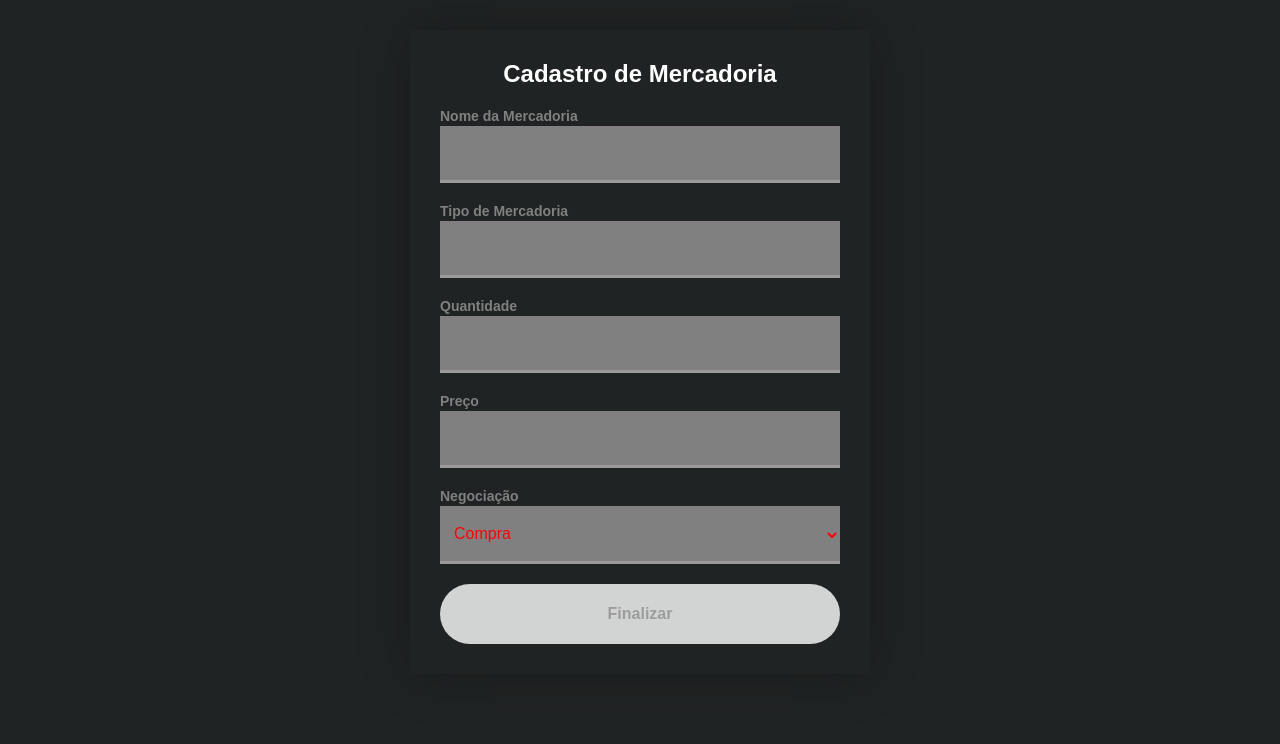
Repository: felipedischer/valemobi
Page: http://localhost/Valemobi/
The author's editor kept a copy of each file at every save. The page is drawn from the files as they stood at one save, then again after the next save.
The browser window is 1280 px wide. The pictures show the whole page.
The page is served by Tomcat 9. Other server files are loaded and not shown.

Above is the page before, as saved 2016-09-28 04:14:07.

### Valemobi/WebContent/index.jsp
<%@ page language="java" contentType="text/html; charset=ISO-8859-1"
    pageEncoding="ISO-8859-1"%>
<!DOCTYPE html PUBLIC "-//W3C//DTD HTML 4.01 Transitional//EN" "http://www.w3.org/TR/html4/loose.dtd">
<html>
<head>
<meta http-equiv="Content-Type" content="text/html; charset=ISO-8859-1">

<link rel="stylesheet" type="text/css" href="estilo/css/estilo.css">

<title>Plataforma de Negociação</title>

</head>
<body>

<main id="conteudo">
		<div class="container">
			<form action="contatoservlet" method="post">
				<h2>Cadastro de Mercadoria</h2>


				<div class="grupo">
					<label for="campo1">Nome da Mercadoria</label>
					<input type="text" id="campo1" name="nome">
				</div>

				<div class="grupo">
					<label for="campo2">Tipo de Mercadoria</label>
					<input type="text" id="campo2" name="tipo">
				</div>

				<div class="grupo">
					<label for="campo3">Quantidade</label>
					<input type="number" id="campo3" name="quantidade">
				</div>

				<div class="grupo">
					<label for="campo4">Preço</label>
					<input type="text" id="campo4" name="preco">
				</div>

				<div class="grupo">
					<label for="campo5">Negociação</label>
					<select id="campo5" name="negociacao">
						<option value="COMPRA">Compra</option>
						<option value="VENDA">Venda</option>
					</select>
				</div>
				<button class="btn btn-cadastrar" type="submit">Finalizar</button>
			</form>
		</div>
	</main>






</body>
</html>

### Valemobi/WebContent/estilo/css/estilo.css

*{
	margin: 0px;
	padding: 0px;
	outline: none;
	font-family: "Arial";
	color: #bbbbbb;
	text-decoration: none;
}
.container{
	box-sizing: border-box;
	display: block;
	margin: auto;
	padding: 0px 15px;
	width: 1170px;
	max-width: 100%;
}

body{
	padding-bottom: 40px;
	background: #202323;
	width: 100%;
	height: 100%;
	position: relative;
}



/*CONTEUDO*/
#conteudo{
	padding: 30px 0px;
}
form label{
	color: white;
}
form {
	padding: 30px;
	max-width: 400px;
	margin: auto;
	box-shadow: 0px 0px 52px 0px rgba(0,0,0,0.2);
	animation: fadeIn 1.5s cubic-bezier(0.19,1,0.22,1);
}

form h2{
	text-align: center;
	margin-bottom: 20px;
	color: white;
}
form .grupo{
	margin-bottom: 20px;
}
form .grupo > *{
	display: block;
}
form .grupo label{
	font-weight: bold;
	font-size: 14px;
	margin-bottom: 2px;
	color: Grey;
}
form .grupo input, form .grupo select{
	border: none;
	box-sizing: border-box;
	width: 100%;
	padding: 10px;
	font-size: 16px;
	background: grey;
	color: red;
    padding: 18px 10px;
    border-bottom: solid 3px rgba(255,255,255,0.2);
    transition: all 0.4s cubic-bezier(0.19,1,0.22,1);
}

.btn{
	cursor: pointer;
	font-weight: bold;
	display: block;
	height: 50px;
	padding: 10px 20px;
	border-radius: 25px;
	border: none;
	font-weight: bold;
	font-size: 16px;
	background: white;
	opacity: 0.8;
	transition: all 1s cubic-bezier(0.19,1,0.22,1);
}
.btn:hover{
	opacity: 1;

}
form > .btn{
	width: 100%;
	height: 60px;
	border-radius: 30px;
}

After the next save:
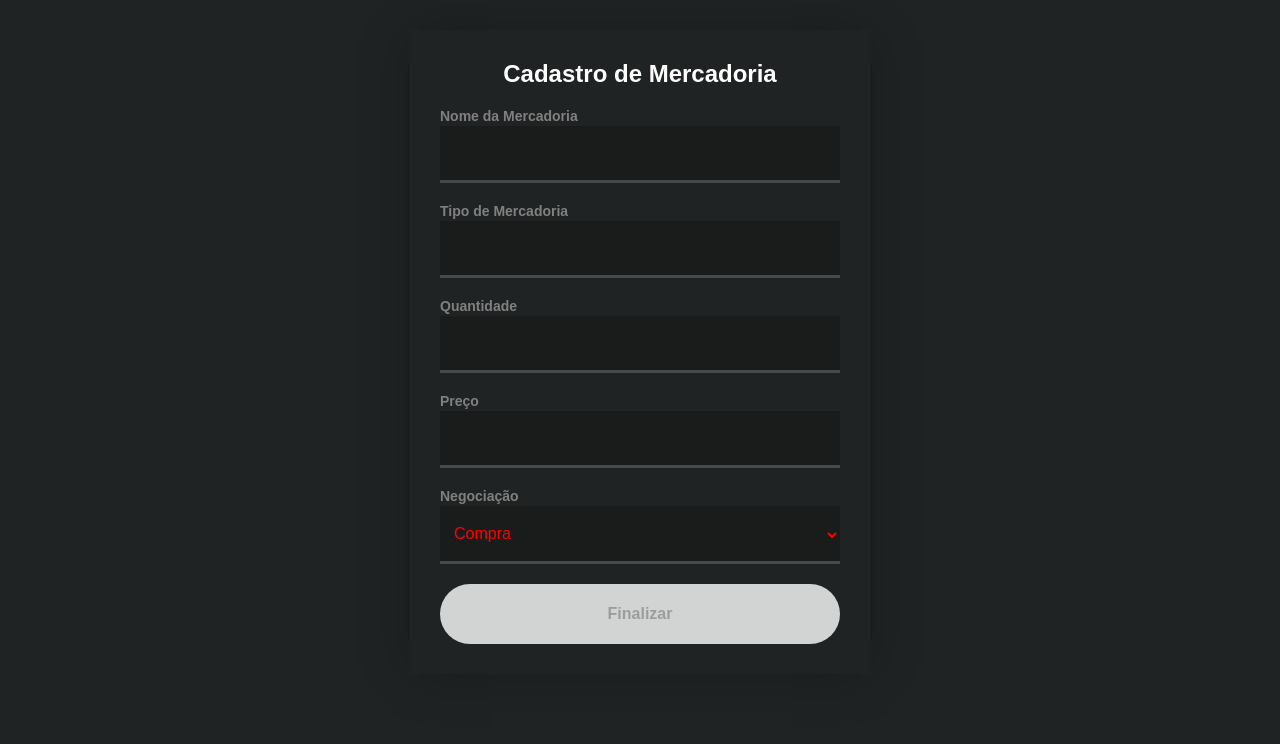
Saved 14 s later.
--- a/Valemobi/WebContent/estilo/css/estilo.css
+++ b/Valemobi/WebContent/estilo/css/estilo.css
@@ -64,7 +64,7 @@ form .grupo input, form .grupo select{
 	width: 100%;
 	padding: 10px;
 	font-size: 16px;
-	background: grey;
+	background: rgba(0,0,0,0.2);
 	color: red;
     padding: 18px 10px;
     border-bottom: solid 3px rgba(255,255,255,0.2);
